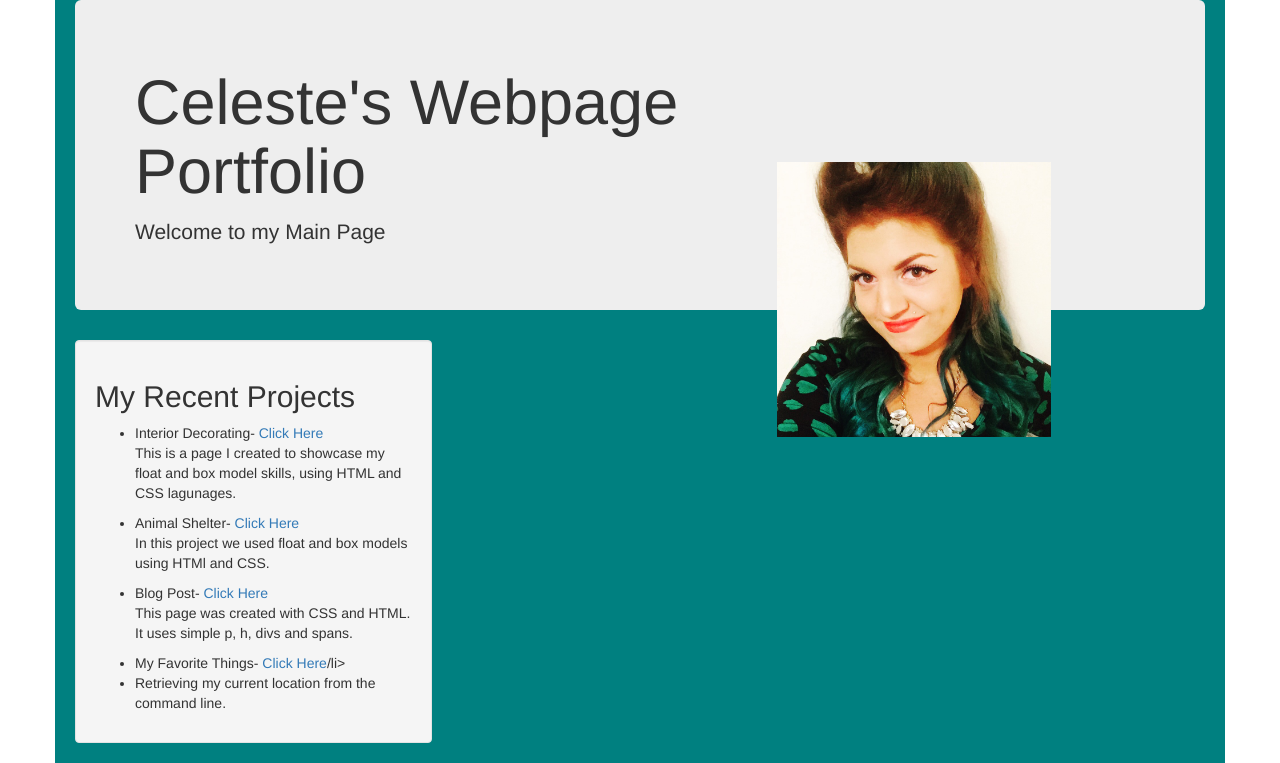
Repository: fieldceleste/portfolio-celeste
Page: portfolio-celeste.html
An editor plug-in stored every save of this project. The page is shown before and after the next save, followed by the edit.
The browser window is 1280 px wide. The pictures show the whole page.

Above is the page before, as saved 2019-11-01 15:39:52.

After the next save:
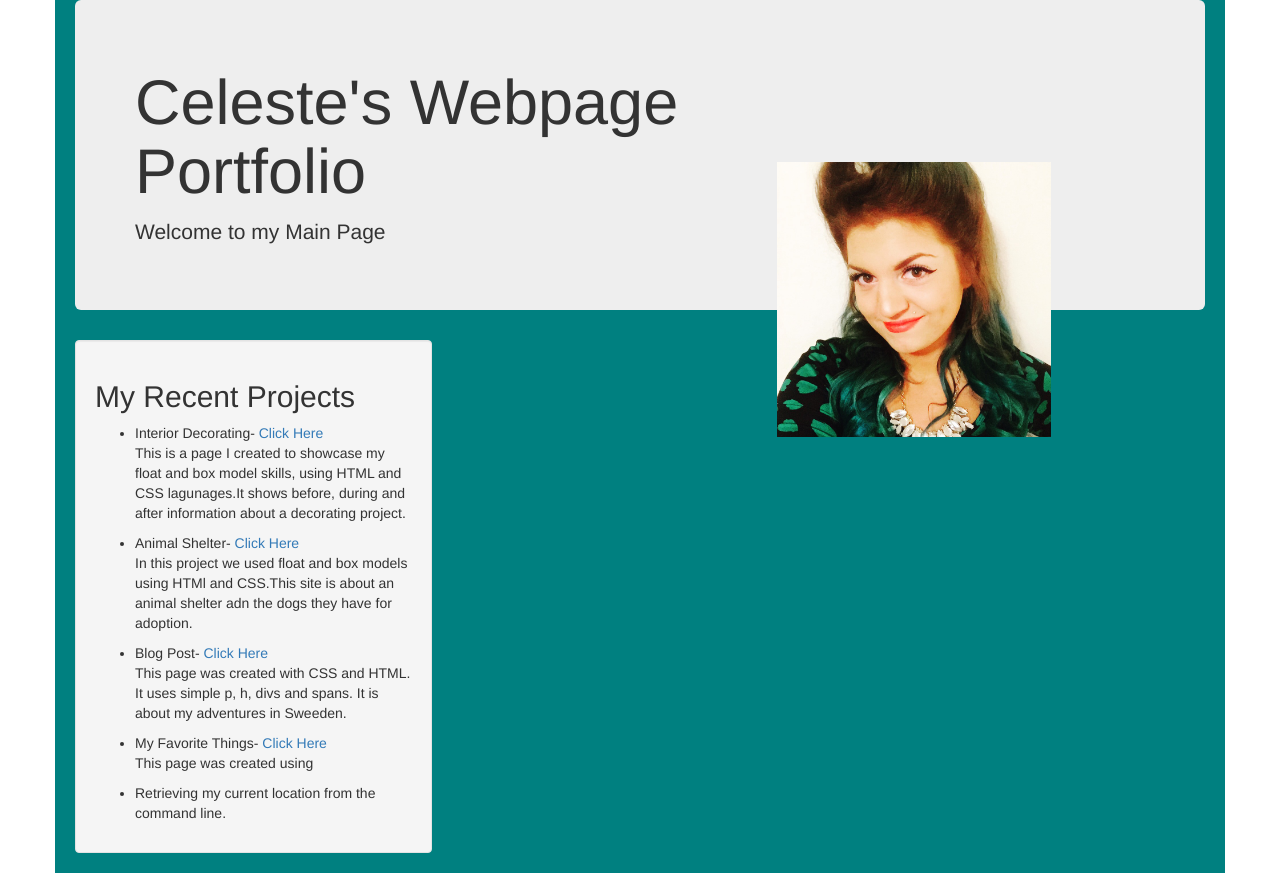
Saved 4 min 40 s later.
--- a/portfolio-celeste.html
+++ b/portfolio-celeste.html
@@ -16,10 +16,10 @@
         <div class="well">
          <h2>My Recent Projects</h2>
                 <ul>
-                 <li>Interior Decorating- <a herf="https://github.com/fieldceleste/interior-decorator">Click Here</a><p>This is a page I created to showcase my float and box model skills, using HTML and CSS lagunages.</p></li>
-                  <li>Animal Shelter- <a herf="https://github.com/fieldceleste/animal-shelter">Click Here</a><p>In this project we used float and box models using HTMl and CSS.</p></li>
-                  <li> Blog Post- <a herf="https://github.com/fieldceleste/blog-post">Click Here</a><p>This page was created with CSS and HTML. It uses simple p, h, divs and spans. </p></li>
-                  <li>My Favorite Things- <a herf="https://github.com/fieldceleste/my-first-webpage/blob/master/my-favorite-foods.html">Click Here</a>/li>
+                 <li>Interior Decorating- <a herf="https://github.com/fieldceleste/interior-decorator">Click Here</a><p>This is a page I created to showcase my float and box model skills, using HTML and CSS lagunages.It shows before, during and after information about a decorating project.</p></li>
+                  <li>Animal Shelter- <a herf="https://github.com/fieldceleste/animal-shelter">Click Here</a><p>In this project we used float and box models using HTMl and CSS.This site is about an animal shelter adn the dogs they have for adoption. </p></li>
+                  <li> Blog Post- <a herf="https://github.com/fieldceleste/blog-post">Click Here</a><p>This page was created with CSS and HTML. It uses simple p, h, divs and spans. It is about my adventures in Sweeden. </p></li>
+                  <li>My Favorite Things- <a herf="https://github.com/fieldceleste/my-first-webpage/blob/master/my-favorite-foods.html">Click Here</a><p>This page was created using </p></li>
                   <li>Retrieving my current location from the command line.</li>
                 </ul>
               </div>
